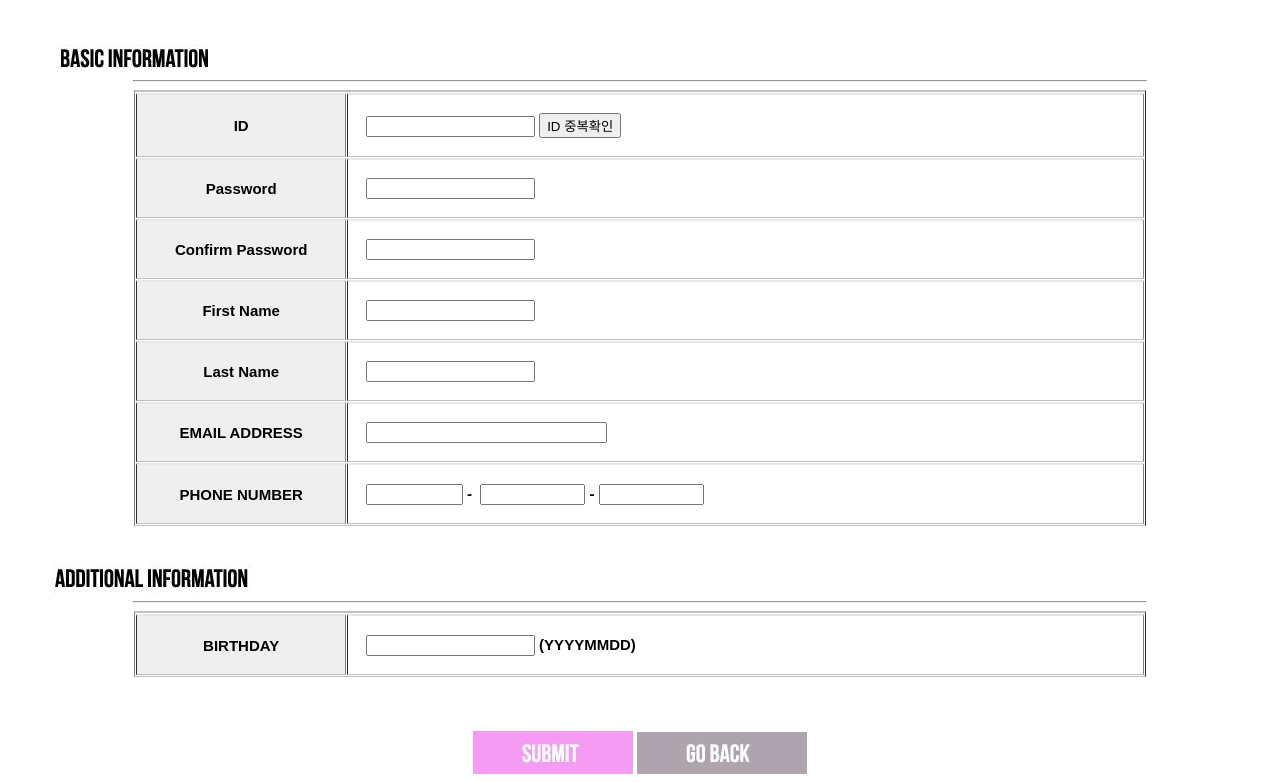
Repository: kminjoo/Making-website-using-JSP
Page: http://localhost/website_project/Register.jsp
An editor plug-in stored every save of this project. The page is shown before and after the next save, followed by the edit.
The browser window is 1280 px wide. The pictures show the whole page.
The page is served by Tomcat 9.

Above is the page before, as saved 2015-07-21 14:42:10.

After the next save:
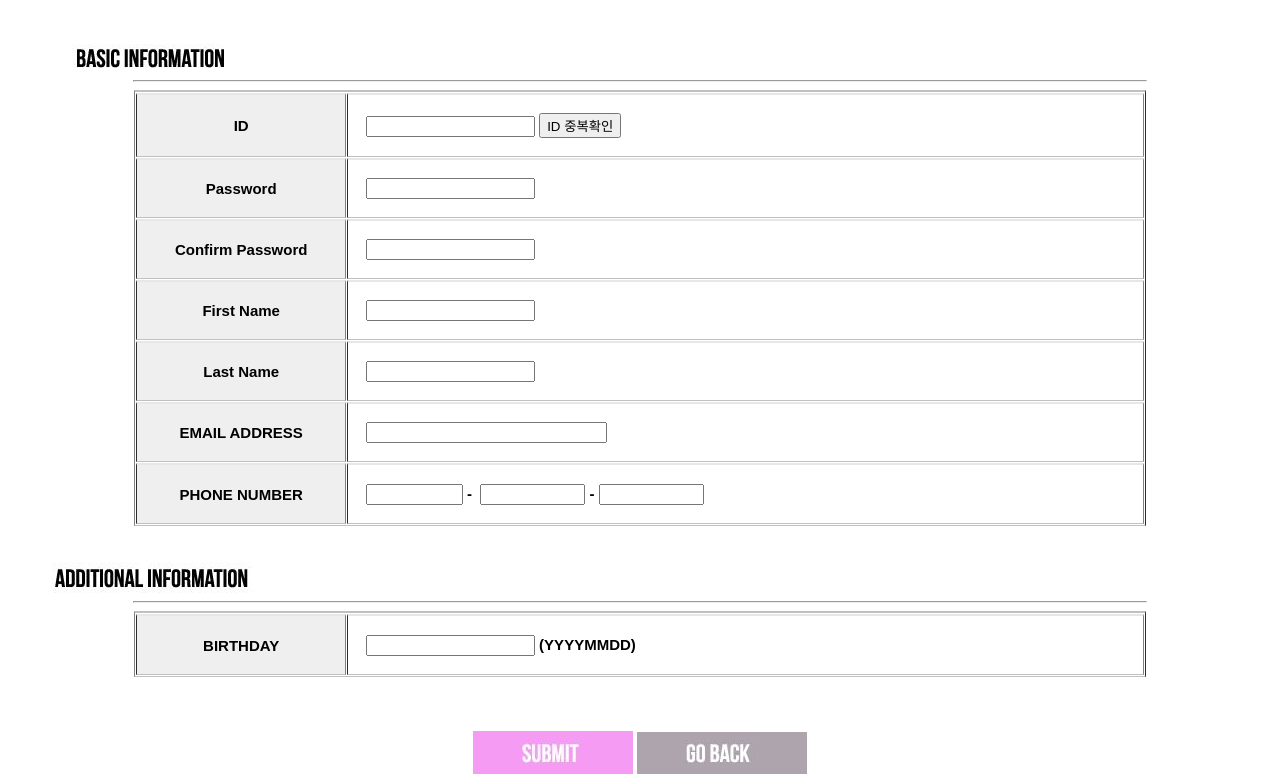
Saved 13 s later.
--- a/website_project/WebContent/Register.jsp
+++ b/website_project/WebContent/Register.jsp
@@ -10,7 +10,7 @@
 <script language="JavaScript" src="script.js"></script>
 </head>
 <body><br><br>
-<div>&nbsp;&nbsp;&nbsp;&nbsp;&nbsp;&nbsp;&nbsp;&nbsp;&nbsp;&nbsp;&nbsp;
+<div>&nbsp;&nbsp;&nbsp;&nbsp;&nbsp;&nbsp;&nbsp;&nbsp;&nbsp;&nbsp;&nbsp;&nbsp;&nbsp;&nbsp;&nbsp;
 <img src="<%=request.getContextPath() %>/images/basicInfo.JPG"/></div>
 <hr>
 <table border="1" cellpadding="18" cellspacing="1" width="80%" align="center">
